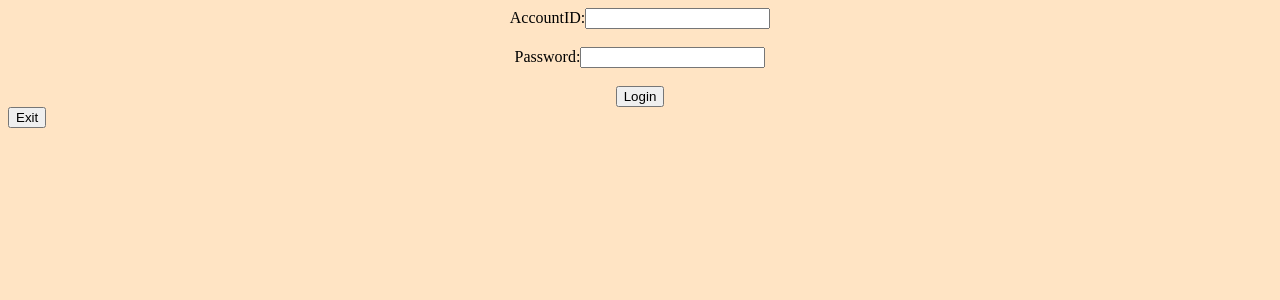
Repository: rosikraj/TurbifyTraining
Page: http://localhost/Wallet/login.jsp
The author's editor kept a copy of each file at every save. The page is drawn from the files as they stood at one save, then again after the next save.
The browser window is 1280 px wide. The pictures show the whole page.
The page is served by Tomcat 9. Other server files are loaded and not shown.

Above is the page before, as saved 2023-09-24 08:12:13.

### Wallet/WebContent/login.jsp
<%@ page language="java" contentType="text/html; charset=ISO-8859-1"
	pageEncoding="ISO-8859-1"%>
<!DOCTYPE html PUBLIC "-//W3C//DTD HTML 4.01 Transitional//EN" "http://www.w3.org/TR/html4/loose.dtd">
<html>
<head>
<meta http-equiv="Content-Type" content="text/html; charset=ISO-8859-1">
<title>Insert title here</title>
<script type="text/javascript">
        window.history.forward();
        function noBack() {
            window.history.forward();
        }
    </script>
</head>
<body bgcolor="Bisque">
	<center>
		<form method="post" action="LoginServlet">
			AccountID:<input type="number" name="uid"><br>
			<br> Password:<input type="password" name="password"><br>
			<br> <input type="submit" value="Login">
		</form>
	</center>
	<button onclick="window.close()">Exit</button>

</body>
</html>

After the next save:
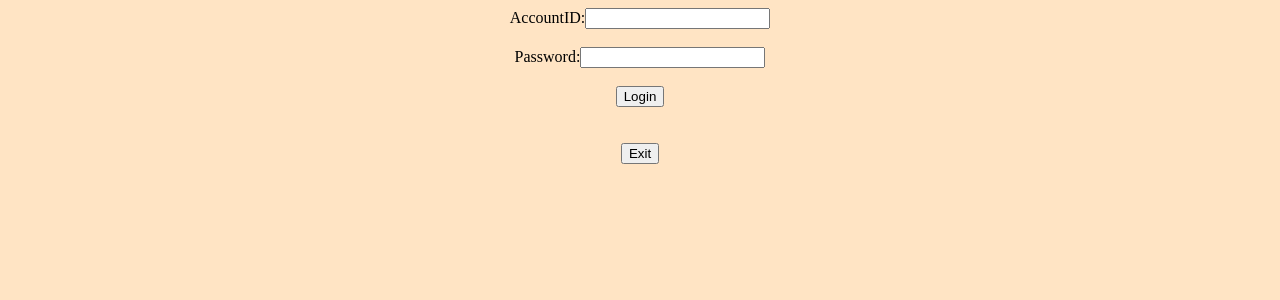
Saved 109 s later.
--- a/Wallet/WebContent/login.jsp
+++ b/Wallet/WebContent/login.jsp
@@ -19,7 +19,8 @@
 			<br> Password:<input type="password" name="password"><br>
 			<br> <input type="submit" value="Login">
 		</form>
-	</center>
+	<br> </br>
+
 	<button onclick="window.close()">Exit</button>
 
 </body>
